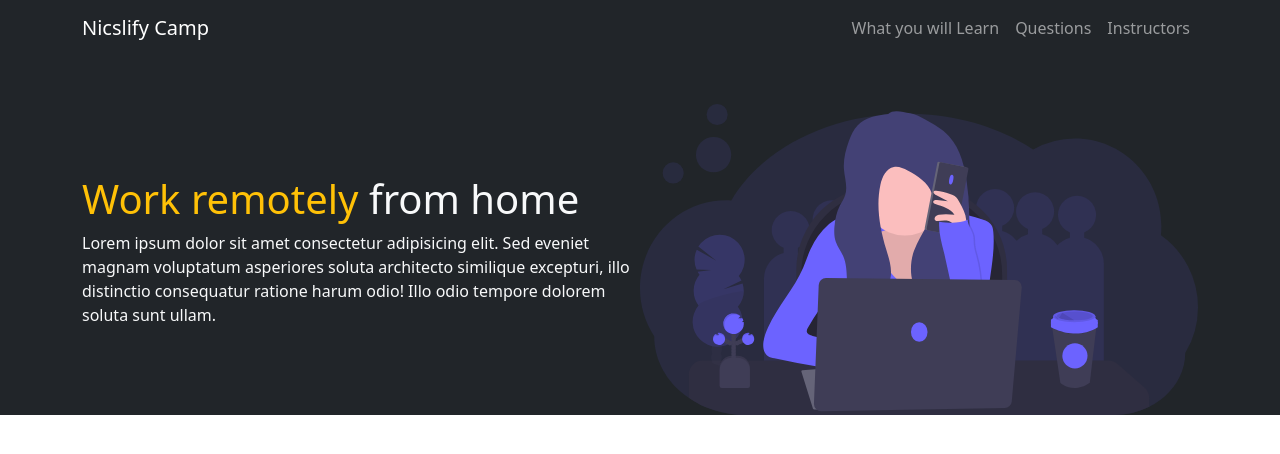
Repository: Eugene44-hub/enrollment-site
Page: index.html
An editor plug-in stored every save of this project. The page is shown before and after the next save, followed by the edit.
The browser window is 1280 px wide. The pictures show the whole page.

Above is the page before, as saved 2021-10-19 16:42:02.

After the next save:
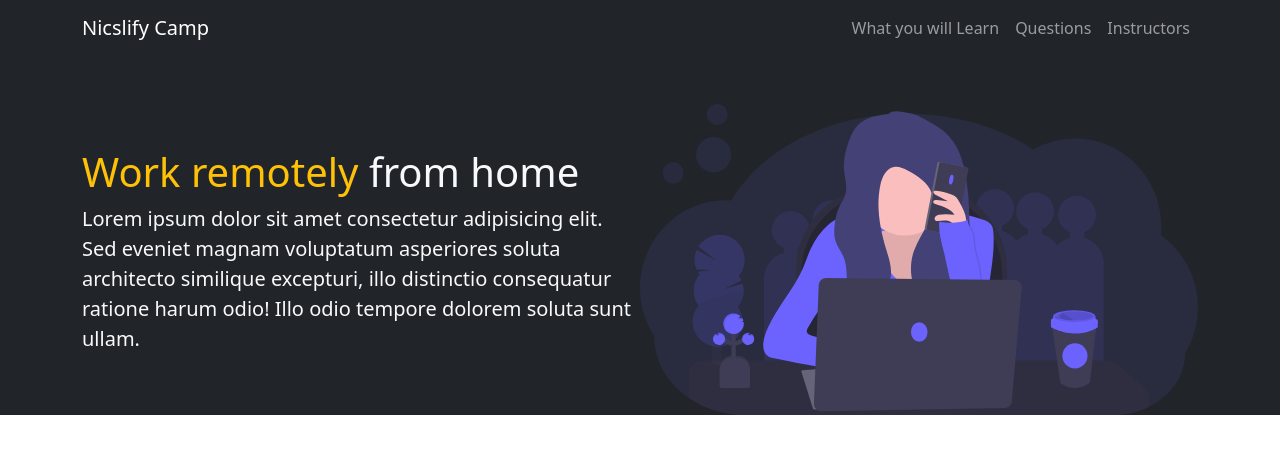
Saved 18 s later.
--- a/index.html
+++ b/index.html
@@ -45,7 +45,7 @@
             <div class="d-md-flex pt-5 align-items-center justify-content-between">
                 <div>
                     <div class="h1"><span class="text-warning">Work remotely</span> from home</div>
-                    <p class="">Lorem ipsum dolor sit amet consectetur adipisicing elit. Sed eveniet magnam voluptatum asperiores soluta architecto similique excepturi, illo distinctio consequatur ratione harum odio! Illo odio tempore dolorem soluta sunt ullam.</p>
+                    <p class="lead">Lorem ipsum dolor sit amet consectetur adipisicing elit. Sed eveniet magnam voluptatum asperiores soluta architecto similique excepturi, illo distinctio consequatur ratione harum odio! Illo odio tempore dolorem soluta sunt ullam.</p>
                 </div>
                 <img src="undraw_working_remotely_jh40.svg" class="image-fluid w-50 d-none d-sm-block" alt="">
             </div>
